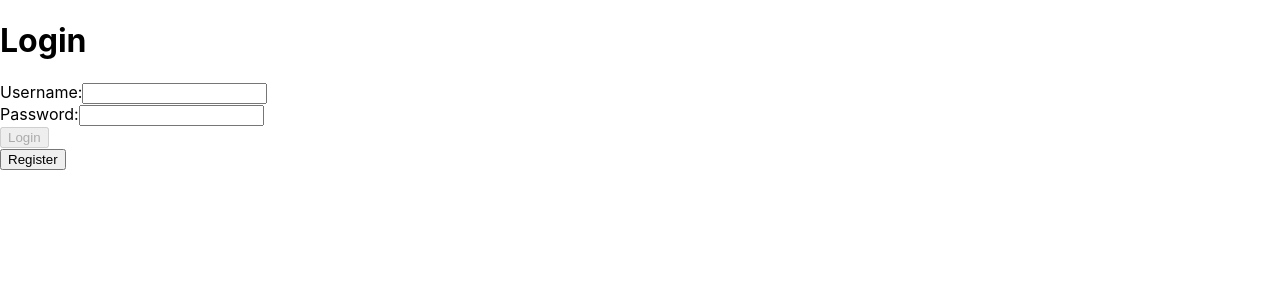
Repository: iMlearnDinG/react-app-v2
Page: /
An editor plug-in stored every save of this project. The page is shown before and after the next save, followed by the edit.
The browser window is 1280 px wide. The pictures show the whole page.
The page's requests for data from a server got no answer. The project was rebuilt for these pictures with package versions that can differ from the ones it lists, and the page was loaded fresh each time. No one was signed in, and anything a server would have sent is missing. Also part of the build but not shown: src/components/Register.js, src/components/Lobby.js, src/components/Game.js.

Above is the page before, as saved 2023-07-19 01:40:19.

### src/index.js
import React from 'react';
import ReactDOM from 'react-dom/client';
import './index.css';
import App from './App';
import reportWebVitals from './reportWebVitals';

ReactDOM.createRoot(document.getElementById('root')).render(
  <React.StrictMode>
    <App />
  </React.StrictMode>,
);

// If you want to start measuring performance in your app, pass a function
// to log results (for example: reportWebVitals(console.log))
// or send to an analytics endpoint. Learn more: https://bit.ly/CRA-vitals
reportWebVitals();

### src/App.js
import React, { useContext, useEffect } from 'react';
import { BrowserRouter as Router, Routes, Route, useNavigate } from 'react-router-dom';
import { AuthProvider, AuthContext } from './config/AuthContext';
import Login from './components/Login';
import Register from './components/Register';
import Lobby from './components/Lobby';
import Game from './components/Game';
import Menu from './components/Menu';
import SessionRenewal from './SessionRenewal';

function PrivateRoute({ children }) {
  const { user, loading } = useContext(AuthContext);
  const navigate = useNavigate();

  useEffect(() => {
    if (!loading && !user) {
      navigate('/login', { replace: true });
    }
  }, [loading, user, navigate]);

  if (loading) {
    return <div>Loading...</div>;
  }

  if (!user) {
    return null;
  }

  return children;
}

function App() {
  return (
    <Router>
      <div className="App">
        <AuthProvider>
          <Routes>
            <Route path="/" element={<Login />} />
            <Route path="/login" element={<Login />} />
            <Route path="/register" element={<Register />} />
            <Route path="/lobby" element={<PrivateRoute><Lobby /></PrivateRoute>} />
            <Route path="/game" element={<PrivateRoute><Game /></PrivateRoute>} />
            <Route path="/menu" element={<PrivateRoute><Menu /></PrivateRoute>} />
          </Routes>
        </AuthProvider>
      </div>
    </Router>
  );
}

export default SessionRenewal(App);

### src/config/AuthContext.js
import React, { createContext, useState, useEffect } from 'react';

export const AuthContext = createContext();

export function AuthProvider({ children }) {
  const [user, setUser] = useState(null);
  const [loading, setLoading] = useState(true);

  useEffect(() => {
    // Fetch the current user from the server and update state
    const fetchUser = async () => {
      const response = await fetch(`${process.env.REACT_APP_API_BASE_URL}/auth`, {
        credentials: 'include',
      });
      const data = await response.json();
      if (data.success) {
        setUser(data.data.user);
      }
      setLoading(false);
    };
    fetchUser();
  }, []);

  const value = { user, setUser, loading };

  return <AuthContext.Provider value={value}>{children}</AuthContext.Provider>;
}

### src/components/Login.js
import React, { useState, useContext } from 'react';
import { useNavigate } from 'react-router-dom';
import { AuthContext } from '../config/AuthContext';

function Login() {
  const navigate = useNavigate();
  const { setUser } = useContext(AuthContext);
  const [username, setUsername] = useState('');
  const [password, setPassword] = useState('');
  const [isSubmitting, setIsSubmitting] = useState(false);
  const [error, setError] = useState(null);

  const handleSubmit = async (e) => {
    e.preventDefault();
    setIsSubmitting(true);
    setError(null);

    const response = await fetch(`${process.env.REACT_APP_API_BASE_URL}/login`, {
      method: 'POST',
      headers: { 'Content-Type': 'application/json' },
      body: JSON.stringify({ username, password }),
      credentials: 'include',
    });

    const data = await response.json();
    setIsSubmitting(false);
    if (data.success) {
      setUser(data.data.user);
      navigate('/menu');
    } else {
      setError(data.error);
    }
  };


  const handleInputChange = async (e) => {
    const { name, value } = e.target;
    if (name === 'username') {
      setUsername(value);
    } else if (name === 'password') {
      setPassword(value);
    }
  };

  const isFormValid = username !== '' && password !== '';

  const handleRegisterClick = async () => {
    navigate('/register');
  };

  return (
    <div>
      <h1>Login</h1>
      {error && <p>{error}</p>}
      <form onSubmit={handleSubmit}>
        <div>
          <label htmlFor="username">Username:</label>
          <input
            type="text"
            id="username"
            name="username"
            value={username}
            onChange={handleInputChange}
          />
        </div>
        <div>
          <label htmlFor="password">Password:</label>
          <input
            type="password"
            id="password"
            name="password"
            value={password}
            onChange={handleInputChange}
          />
        </div>
        <button type="submit" disabled={!isFormValid || isSubmitting}>
          Login
        </button>
      </form>
      <button onClick={handleRegisterClick}>Register</button>
    </div>
  );
}

export default Login;

### src/SessionRenewal.js
import React, { useEffect, useRef } from 'react';

function SessionRenewal(WrappedComponent) {
  return function WrappedWithSessionRenewal(props) {
    const activityDetected = useRef(false);

    useEffect(() => {
      let timeoutId;

      const renewSession = () => {
        fetch('/api/renew-session', {
          method: 'POST',
          credentials: 'include', // Include cookies in the request
        })
        .then(res => res.json())
        .then((data) => {
          if (!data.success) {
            console.error('Session renewal failed:', data.error);
          }
        })
        .catch((error) => {
          console.error('Error:', error);
        });
      };

      const resetTimeout = () => {
        console.log('User activity detected');
        if (timeoutId) {
          clearTimeout(timeoutId);
        }
        timeoutId = setTimeout(renewSession, 1); // 5 minutes
      };

      const activityHandler = () => {
        activityDetected.current = true;
      };

      window.addEventListener('mousemove', activityHandler);
      window.addEventListener('keydown', activityHandler);
      window.addEventListener('click', activityHandler);
      window.addEventListener('input', activityHandler);

      const intervalId = setInterval(() => {
        if (activityDetected.current) {
          resetTimeout();
          activityDetected.current = false;
        }
      }, 225000);

      return () => {
        window.removeEventListener('mousemove', activityHandler);
        window.removeEventListener('keydown', activityHandler);
        window.removeEventListener('click', activityHandler);
        window.removeEventListener('input', activityHandler);
        clearTimeout(timeoutId);
        clearInterval(intervalId);
      };
    }, []);

    return <WrappedComponent {...props} />;
  };
}

export default SessionRenewal;

### src/components/Menu.js
import React, { useContext } from 'react';
import axios from 'axios';
import { useNavigate } from 'react-router-dom';
import { AuthContext } from '../config/AuthContext.js';

function Navbar() {
  const navigate = useNavigate();
  const { user, setUser } = useContext(AuthContext);

  const handleLogout = async () => {
    try {
      const res = await axios.post(`${process.env.REACT_APP_API_BASE_URL}/logout`, {}, {
        withCredentials: true,
      });

      if (res.data.success) {
        setUser(null); // clear out the user context
        navigate('/login'); // redirect the user to the login page after successful logout
      } else {
        console.error(res.data.error); // handle error, maybe show a message to the user
      }
    } catch (error) {
      console.error(error);
    }
  };

  return (
    <nav>
      <h1>My App</h1>
      {user ? (
        <button onClick={handleLogout}>Logout</button>
      ) : (
        <button onClick={() => navigate('/login')}>Login</button>
      )}
      {/* Add your menu logic and components here */}
    </nav>
  );
}

export default Navbar;

Loaded but not shown: public/index.html (common file); src/index.css (common file); src/reportWebVitals.js (common file)

After the next save:
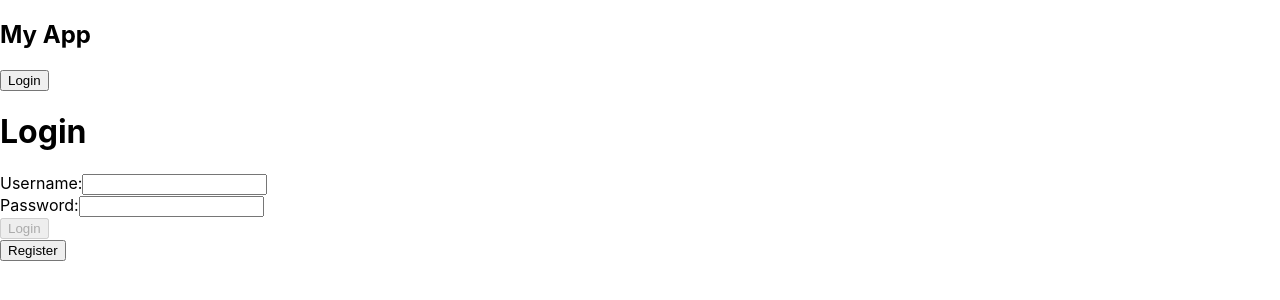
Saved 50 s later.
--- a/src/App.js
+++ b/src/App.js
@@ -5,7 +5,7 @@ import Login from './components/Login';
 import Register from './components/Register';
 import Lobby from './components/Lobby';
 import Game from './components/Game';
-import Menu from './components/Menu';
+import Navbar from './components/Menu';
 import SessionRenewal from './SessionRenewal';
 
 function PrivateRoute({ children }) {
@@ -34,18 +34,17 @@ function App() {
     <Router>
       <div className="App">
         <AuthProvider>
+          <Navbar /> {/* Add the Navbar component here */}
           <Routes>
             <Route path="/" element={<Login />} />
             <Route path="/login" element={<Login />} />
             <Route path="/register" element={<Register />} />
             <Route path="/lobby" element={<PrivateRoute><Lobby /></PrivateRoute>} />
             <Route path="/game" element={<PrivateRoute><Game /></PrivateRoute>} />
-            <Route path="/menu" element={<PrivateRoute><Menu /></PrivateRoute>} />
           </Routes>
         </AuthProvider>
       </div>
     </Router>
   );
 }
-
 export default SessionRenewal(App);
